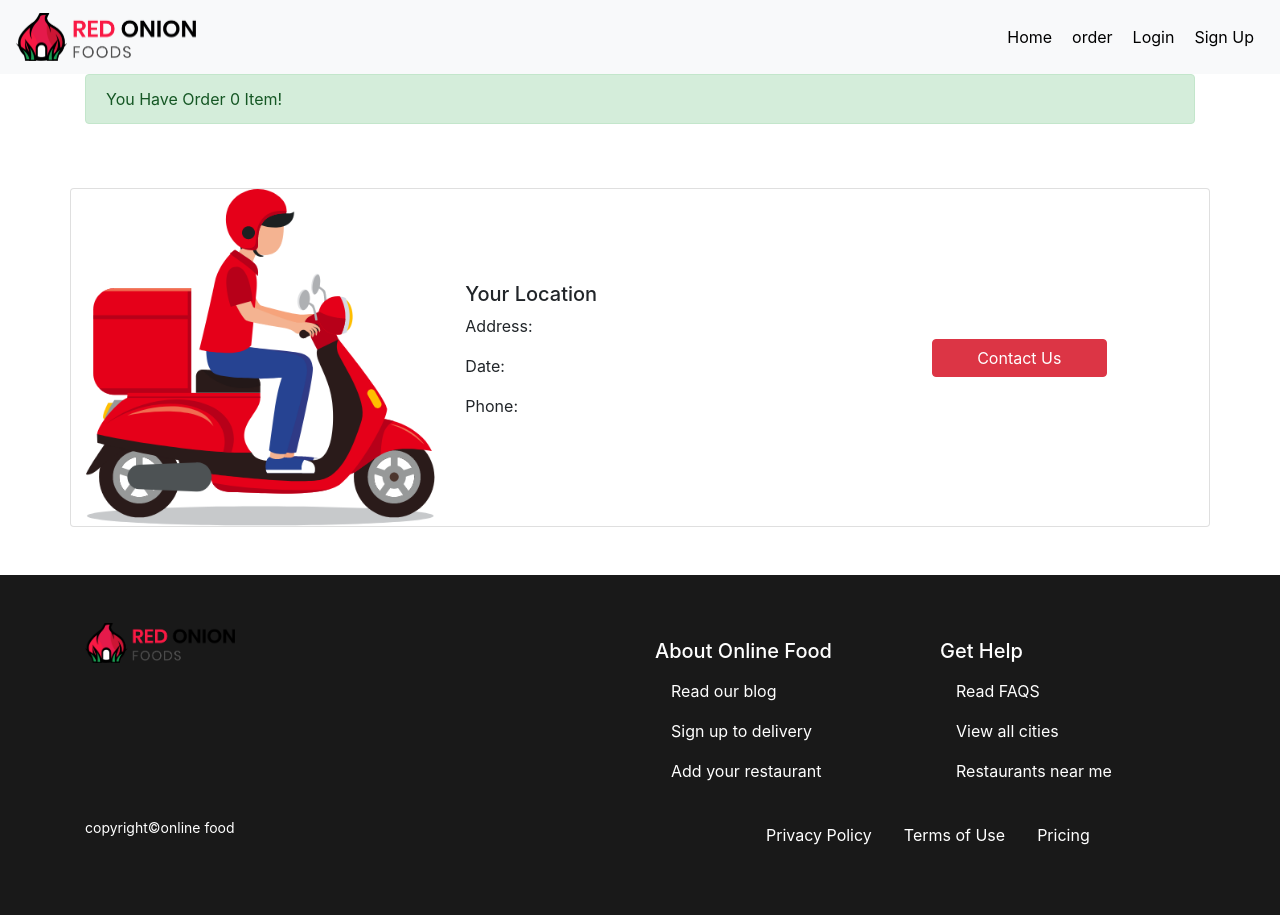
Repository: arif286/red-onion-client
Page: /order
These files come from the project's save history. The page is drawn as it stood at one moment and after the next save; the edit follows.
The browser window is 1280 px wide. The pictures show the whole page.
The page's requests for data from a server got no answer. The project was rebuilt for these pictures with package versions that can differ from the ones it lists, and the page was loaded fresh each time. No one was signed in, and anything a server would have sent is missing. Also part of the build but not shown: src/App.css, src/components/CheckOut/CheckOut.css, src/components/CheckOut/CheckOutForm/CheckOutFrom.js, src/components/CheckOut/CheckOut.js, src/components/SearchBar/SearchBar.css, src/components/SearchBar/SearchBar.js, src/components/FoodDetails/FoodDetail.css, src/components/FoodDetails/FoodDetail.js and 12 more. Imported but missing from the stored project, and not drawn on this page: src/components/CheckOut/Map/Map.

Above is the page before, as saved 2021-04-07 02:36:13.

### public/index.html
<!DOCTYPE html>
<html lang="en">
  <head>
    <meta charset="utf-8" />
    <link rel="icon" href="%PUBLIC_URL%/favicon.ico" />
    <meta name="viewport" content="width=device-width, initial-scale=1" />
    <meta name="theme-color" content="#000000" />
    <meta
      name="description"
      content="Web site created using create-react-app"
    />
    <link rel="apple-touch-icon" href="%PUBLIC_URL%/logo192.png" />
    <!--
      manifest.json provides metadata used when your web app is installed on a
      user's mobile device or desktop. See https://developers.google.com/web/fundamentals/web-app-manifest/
    -->
    <link rel="manifest" href="%PUBLIC_URL%/manifest.json" />

    <!-- <link
      href="https://api.tiles.mapbox.com/mapbox-gl-js/v2.1.1/mapbox-gl.css"
      rel="stylesheet"
    /> -->
    <!--
      Notice the use of %PUBLIC_URL% in the tags above.
      It will be replaced with the URL of the `public` folder during the build.
      Only files inside the `public` folder can be referenced from the HTML.

      Unlike "/favicon.ico" or "favicon.ico", "%PUBLIC_URL%/favicon.ico" will
      work correctly both with client-side routing and a non-root public URL.
      Learn how to configure a non-root public URL by running `npm run build`.
    -->
    <title>Red Onion</title>
  </head>
  <body>
    <noscript>You need to enable JavaScript to run this app.</noscript>
    <div id="root"></div>
    <!--
      This HTML file is a template.
      If you open it directly in the browser, you will see an empty page.

      You can add webfonts, meta tags, or analytics to this file.
      The build step will place the bundled scripts into the <body> tag.

      To begin the development, run `npm start` or `yarn start`.
      To create a production bundle, use `npm run build` or `yarn build`.
    -->
  </body>
</html>

### src/App.js
import "bootstrap/dist/css/bootstrap.min.css";
import React, { createContext, useState } from "react";
import { BrowserRouter as Router, Route, Switch } from "react-router-dom";
import './App.css';
import CheckOut from "./components/CheckOut/CheckOut";
import Map from "./components/CheckOut/Map/Map";
import FoodDetail from "./components/FoodDetails/FoodDetail";
import Footer from "./components/Footer/Footer";
import Header from "./components/Header/Header";
import Home from './components/Home/Home';
import Login from "./components/LogIn/Login";
import Order from "./components/Order/Order";
import SingUp from "./components/SingUp/SingUp";


export const UserContext = createContext();
function App() {
  const [loggedInUser, setLoggedInUser] = useState({});
  return (
    <UserContext.Provider value={[loggedInUser, setLoggedInUser]}>
      <Router>
        <Header />
        <Switch>
          <Route path="/home">
            <Home />
          </Route>
          <Route path="/signUp">
            <SingUp />
          </Route>
          <Route path="/login">
            <Login />
          </Route>
          <Route path="/food/details/:foodId">
            <FoodDetail />
          </Route>
          <Route path='/checkOut'>
            <CheckOut/>
          </Route>
          <Route path='/order'>
            <Order/>
          </Route>
          <Route path='/map'>
            <Map/>
          </Route>
          <Route exact path="/">
            <Home/>
          </Route>
        </Switch>
        <Footer />
      </Router>
    </UserContext.Provider>
  );

}

export default App;

### src/components/Footer/Footer.js
import React from 'react';
import { NavLink } from 'react-bootstrap';
import Logo from '../../onion-restaurent/logo2.png';
import './Footer.css';

const Footer = () => {
    return (
      <footer>
        <div className="container">
          <div className="row pt-5">
            <div className="col-md-6 col-sm-12 pb-4">
              <img className="footer-img" src={Logo} alt="" />
            </div>
            <div className="col-md-3 col-sm-12 pb-4 mt-3">
              <h5 style={{color:'white'}}>About Online Food</h5>
              <ul className="nav flex-column">

                <li className="nav-item">
                  <NavLink className="nav-link footer-link" to="/">
                    Read our blog
                  </NavLink>
                </li>
                <li className="nav-item">
                  <NavLink className="nav-link footer-link" to="/">
                    Sign up to delivery
                  </NavLink>
                </li>
                <li className="nav-item">
                  <NavLink className="nav-link footer-link" to="/">
                    Add your restaurant
                  </NavLink>
                </li>
              </ul>
            </div>
            <div className="col-md-3 col-sm-12 pb-4 mt-3">
              <h5 style={{color:'white'}}>Get Help</h5>
              <ul className="nav flex-column">
                <li className="nav-item">
                  <NavLink className="nav-link footer-link" to="/">
                    Read FAQS
                  </NavLink>
                </li>
                <li className="nav-item">
                  <NavLink className="nav-link footer-link" to="/">
                    View all cities
                  </NavLink>
                </li>
                <li className="nav-item">
                  <NavLink className="nav-link footer-link" to="/">
                    Restaurants near me
                  </NavLink>
                </li>
              </ul>
            </div>
          </div>

          <div className="row align-items-center">
            <div className="col-md-7">
              <p className='copy-right'>
                <small>
                  copyright<span>&#169;</span>online food
                </small>
              </p>
            </div>
            <div className="col-md-5">
              <div className='d-flex'>
                <NavLink className="footer-link">Privacy Policy</NavLink>
                <NavLink className="footer-link">Terms of Use</NavLink>
                <NavLink className="footer-link">Pricing</NavLink>
              </div>
            </div>
          </div>
        </div>
      </footer>
    );
};

export default Footer;

### src/components/Header/Header.js
import React from 'react';
import { Nav, Navbar } from 'react-bootstrap';
import { NavLink } from 'react-router-dom';
// import { NavLink } from "react-router-dom";
import logo from '../../onion-restaurent/logo2.png';
import './Header.css';
const Header = () => {

    return (
      <div>
        <Navbar bg="light" expand="lg">
          <Navbar.Brand href="#home">
            <img
              src={logo}
              width="180"
              className="d-inline-block align-top"
              alt="React Bootstrap logo"
            />
          </Navbar.Brand>
          <Navbar.Toggle aria-controls="basic-navbar-nav" />
          <Navbar.Collapse id="basic-navbar-nav">
            <Nav className="ml-auto">
              <NavLink className="header-link" to="/home">
                Home
              </NavLink>
              <NavLink className="header-link" to="/order">
                order
              </NavLink>
              <NavLink className="header-link" to="/login">
                Login
              </NavLink>
              <NavLink className="header-link" to="/signUp">
                Sign Up
              </NavLink>
            </Nav>
          </Navbar.Collapse>
        </Navbar>
      </div>
    );
};

export default Header;

### src/components/Order/Order.js
import axios from "axios";
import React, { useContext, useEffect, useState } from "react";
import { Alert, Card, Col, Container, Row } from "react-bootstrap";
import { UserContext } from "../../App";
import delivery from "../../onion-restaurent/Image/Group 1151.png";


const Order = () => {
  const [order, setOrder] = useState([]);
  const [loggedInUser, setLoggedInUser] = useContext(UserContext);

  useEffect(() => {
    axios.get(`http://localhost:5000/orderDetails?email=${loggedInUser.email}`)
      .then(res => {
        console.log(res.data)
        setOrder(res.data)
      })
      .catch(err => console.log(err));
  }, [loggedInUser.email]);
  return (
    <Container>
      <Alert variant="success">You Have Order {order.length} Item!</Alert>
      <Row className="justify-content-center">
        {order.map((item) => (
          <Col xs={12} sm={3}>
            <Card className="d-flex">
              <img src={item.picture} alt="" />
              <Card.Body>
                <Card.Title>{item.foodName}</Card.Title>
                <Card.Text>quantity: ${item.quantity}</Card.Text>
                <Card.Text>Total: ${item.totalPrice}</Card.Text>
              </Card.Body>
            </Card>
          </Col>
        ))}
      </Row>
      <Row className="mt-5 mb-5">
        <Col>
          <Card className="row flex-row justify-content-around">
            <div className="col-md-4">
              <img className="img-fluid" src={delivery} alt="" />
            </div>
            <div className="col-md-4 col-sm-12  align-self-center">
              <h5>Your Location</h5>
              <p>Address: {order[0]?.address}</p>
              <p>Date: {order[0]?.date}</p>
              <p>Phone: {order[0]?.phone}</p>
            </div>
            <div className="col-md-4 col-sm-12 align-self-center text-sm-left text-md-center">
              <button className="btn btn-danger w-50">Contact Us</button>
            </div>
          </Card>
        </Col>
      </Row>
    </Container>
  );
};

export default Order;

### src/components/Footer/Footer.css
.footer-img {
  width: 150px;
}
footer {
  background-color: #191919;
  padding-bottom: 60px;
}
.footer-link {
  color: white;
}
.footer-link:hover {
  color: #878787;
}
.copy-right {
  color: white;
}

### src/components/Header/Header.css
.header-link {
  color: black;
  display: inline-block;
  padding: 10px;
}
.header-link:hover {
  text-decoration: none;
  color: #777777;
}
.cart-btn {
  border: none;
  background: none;
}

Loaded but not shown: src/index.js (common file); src/index.css (common file); src/reportWebVitals.js (common file)

After the next save:
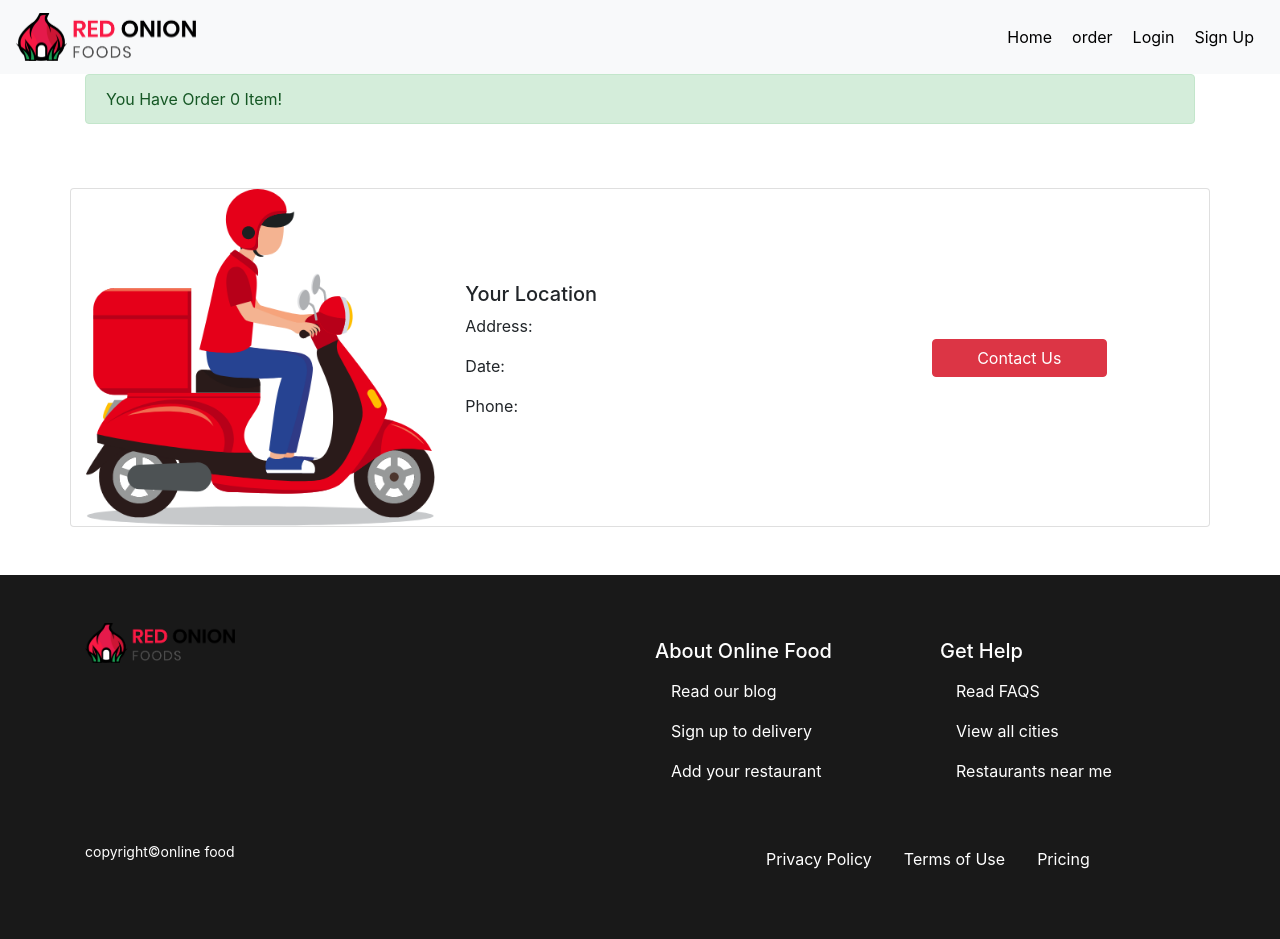
Saved 26 s later.
--- a/src/components/Footer/Footer.js
+++ b/src/components/Footer/Footer.js
@@ -54,7 +54,7 @@ const Footer = () => {
             </div>
           </div>
 
-          <div className="row align-items-center">
+          <div className="row align-items-center mt-4">
             <div className="col-md-7">
               <p className='copy-right'>
                 <small>
